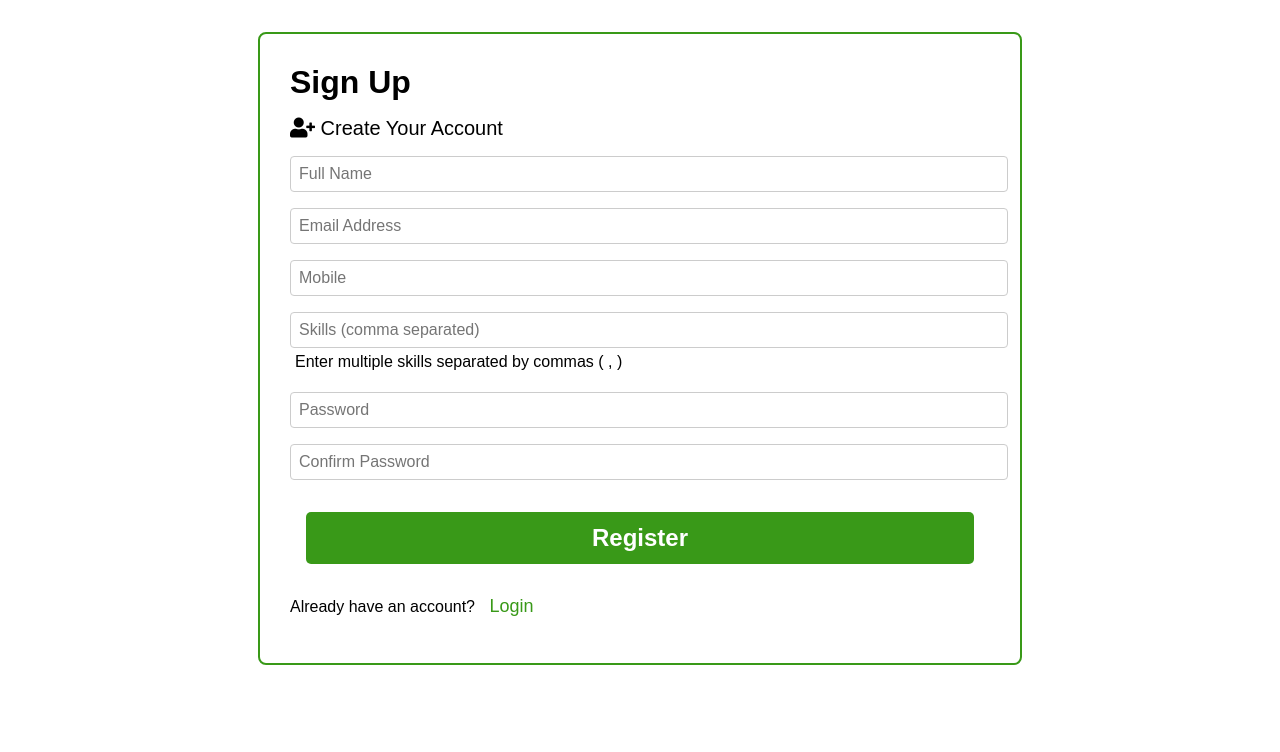
Repository: sayyad-mukthumsa-123/DevMania
Page: /register (app in frontend/)
The author's editor kept a copy of each file at every save. The page is drawn from the files as they stood at one save, then again after the next save.
The browser window is 1280 px wide. The pictures show the whole page.
The project was rebuilt for these pictures with package versions that can differ from the ones it lists, and the page was loaded fresh each time. Also part of the build but not shown: frontend/src/pages/Home.js, frontend/src/pages/login.js, frontend/src/pages/Allprofiles.js, frontend/src/pages/MyProfile.js, frontend/src/pages/Indprofile.js.

Above is the page before, as saved 2025-02-28 23:51:50.

After the next save:
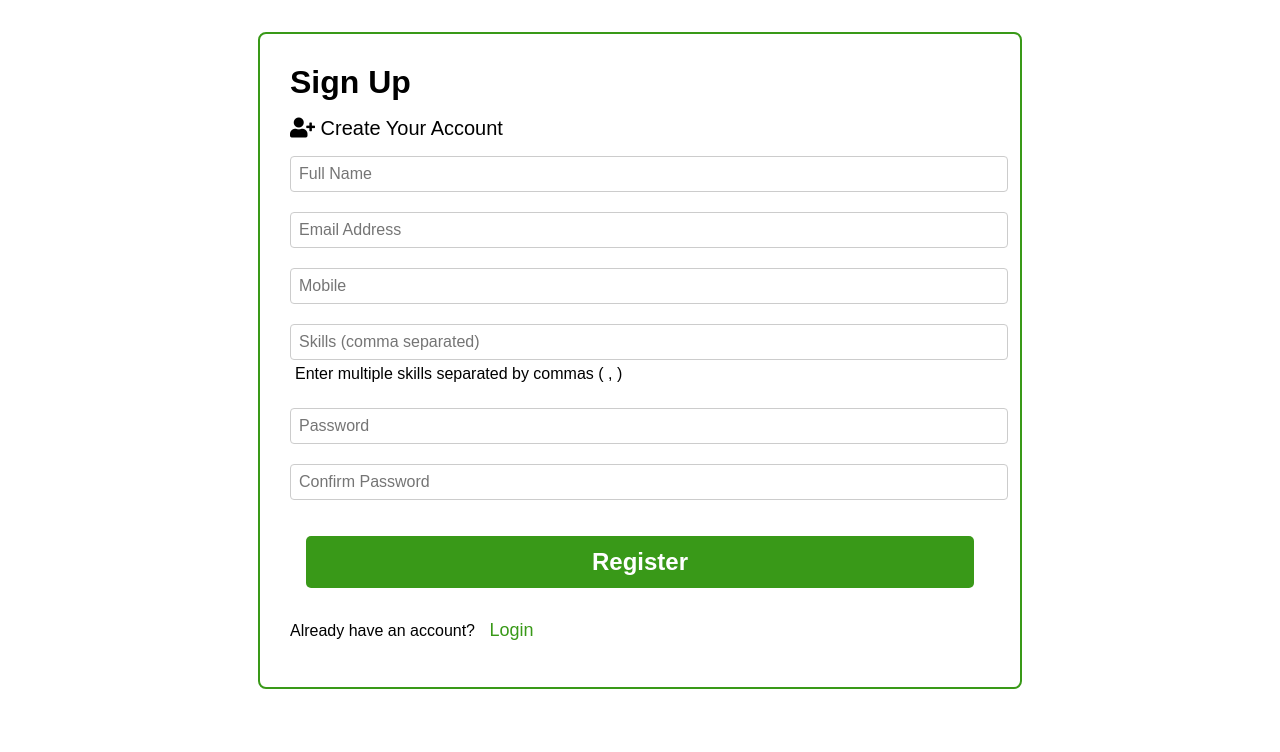
Saved 45 s later.
--- a/frontend/src/styles/styles.css
+++ b/frontend/src/styles/styles.css
@@ -383,7 +383,7 @@ p {
 }
 
 .form-group {
-  margin-bottom: 1rem;
+  margin-bottom: 20px;
 }
 
 .form-group input {
